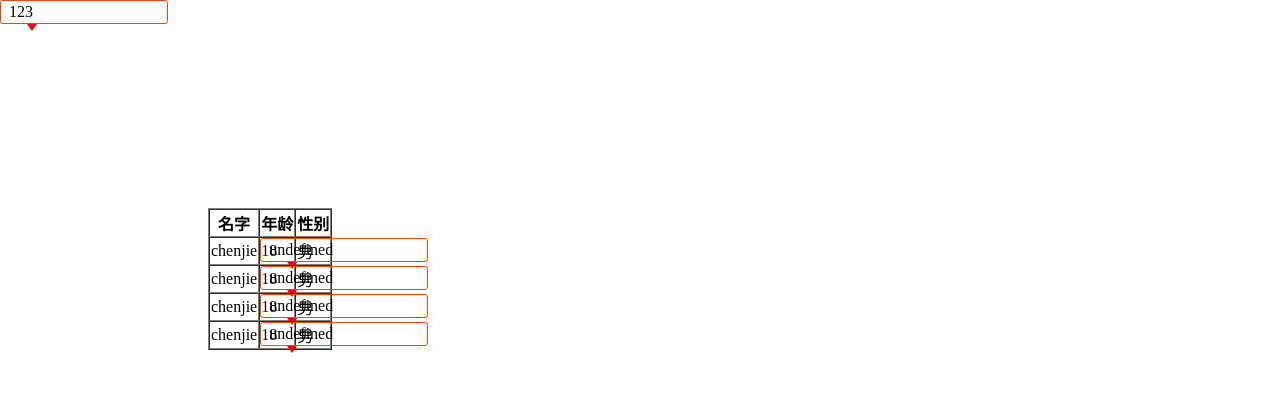
Repository: chenjieya/java
Page: index.html
An editor plug-in stored every save of this project. The page is shown before and after the next save, followed by the edit.
The browser window is 1280 px wide. The pictures show the whole page.

Above is the page before, as saved 2023-05-17 09:06:17.

### index.html
<!DOCTYPE html>
<html lang="en">
<head>
  <meta charset="UTF-8">
  <meta http-equiv="X-UA-Compatible" content="IE=edge">
  <meta name="viewport" content="width=device-width, initial-scale=1.0">
  <title>Document</title>
  <style>
    .tooltip {
      padding: 2px 8px;
      position: absolute;
      top: 0;
      left: 0;
      border: 1px solid #f40;
      min-width: 150px;
      border-radius: 3px;
    }

    .tooltip::after {
      content: '';
      position: absolute;
      bottom: -8px;
      left: 26px;
      width: 0;
      height: 0;
      border-left: 5px solid transparent;
      border-right: 5px solid transparent;
      border-top: 7px solid red;
    }
  </style>
</head>
<body style="padding: 200px;">
  <table border="1" cellspacing="0">
    <tr>
      <th>名字</th>
      <th>年龄</th>
      <th>性别</th>
    </tr>
    <tr>
      <td>chenjie</td>
      <td field="SEX">18</td>
      <td>男</td>
    </tr>
    <tr>
      <td>chenjie</td>
      <td field="SEX">18</td>
      <td>男</td>
    </tr>
    <tr>
      <td>chenjie</td>
      <td field="SEX">18</td>
      <td>男</td>
    </tr>
    <tr>
      <td>chenjie</td>
      <td field="SEX">18</td>
      <td>男</td>
    </tr>
  </table>

  <div class="tooltip">123</div>

  <script>
    const Otd = document.querySelectorAll('td[field="SEX"]');
    console.log(Otd);

    for(let i = 0; i < Otd.length; i++) {
      Otd[i].style.position = 'relative';
      toolTip(Otd[i]);
    }


    function toolTip(dom, text) {
      const oDiv = document.createElement('div');
      oDiv.classList.add('tooltip');
      oDiv.innerText = `${text}`;
      dom.appendChild(oDiv);
    }
  </script>
</body>
</html>

After the next save:
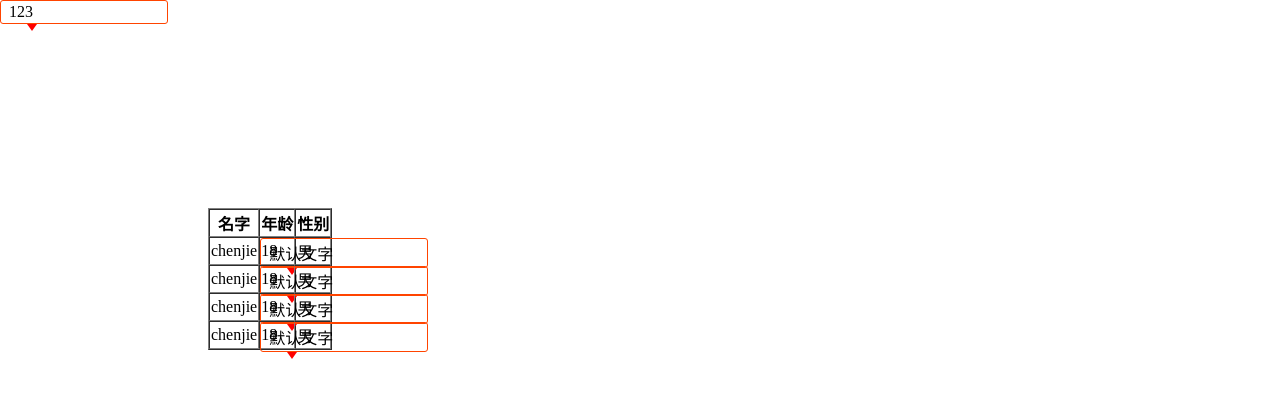
Saved 7 s later.
--- a/index.html
+++ b/index.html
@@ -70,7 +70,7 @@
     }
 
 
-    function toolTip(dom, text) {
+    function toolTip(dom, text='默认文字') {
       const oDiv = document.createElement('div');
       oDiv.classList.add('tooltip');
       oDiv.innerText = `${text}`;
